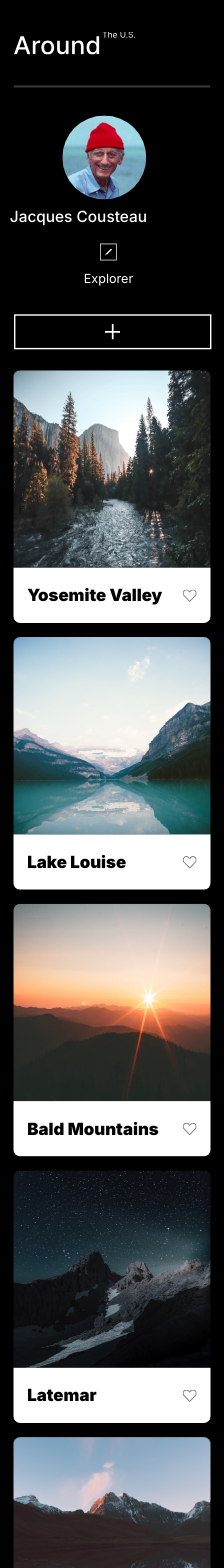
Repository: luisbaezx/se_project_aroundtheus
Page: index.html
The author's editor kept a copy of each file at every save. The page is drawn from the files as they stood at one save, then again after the next save.
The browser window is 320 px wide. The pictures show the part of the page from y = 0 to 2240 px (the page is 2916 px tall), at 70% of full size.

Above is the page before, as saved 2024-05-28 21:28:50.

### index.html
<!DOCTYPE html>
<html lang="en">
  <head>
    <meta charset="UTF-8" />
    <meta name="viewport" content="width=device-width, user-scalable=no,
    initial-scale=1/>
    <meta content="ie=edge" http-equiv="X-UA-Compatible" />
    <title>Around The U.S</title>
    <link href="./pages/index.css" rel="stylesheet" />
  </head>
  <body class="page">
    <div class="page__content">
      <header class="header page__section">
        <img
          src="./images/logo.svg"
          alt="Around the U.S. Logo"
          class="header__image"
        />
      </header>
      <main class="content">
        <section class="profile page__section">
          <img
            src="./images/jacques-cousteau.jpg"
            alt="Avatar"
            class="profile__image"
          />
          <div class="profile__info">
            <h1 class="profile__title">Jacques Cousteau</h1>
            <button class="profile__edit-button"></button>
            <p class="profile__description">Explorer</p>
          </div>
          <button class="profile__add-button"></button>
        </section>
        <section class="cards page__section">
          <ul class="card__list">
            <li class="card">
              <img src="./images/yosemite.jpg" class="card__image" />
              <div class="card__description">
                <h2 class="card__title">Yosemite Valley</h2>
                <button class="card__like-button"></button>
              </div>
            </li>
            <li class="card">
              <img src="./images/lake-louise.jpg" class="card__image" />
              <div class="card__description">
                <h2 class="card__title">Lake Louise</h2>
                <button class="card__like-button"></button>
              </div>
            </li>
            <li class="card">
              <img src="./images/bald-mountains.jpg" class="card__image" />
              <div class="card__description">
                <h2 class="card__title">Bald Mountains</h2>
                <button class="card__like-button"></button>
              </div>
            </li>
            <li class="card">
              <img src="./images/latemar.jpg" class="card__image" />
              <div class="card__description">
                <h2 class="card__title">Latemar</h2>
                <button class="card__like-button"></button>
              </div>
            </li>
            <li class="card">
              <img src="./images/vanoise.jpg" class="card__image" />
              <div class="card__description">
                <h2 class="card__title">Vanoise National Park</h2>
                <button class="card__like-button"></button>
              </div>
            </li>
            <li class="card">
              <img src="./images/lago.jpg" class="card__image" />
              <div class="card__description">
                <h2 class="card__title">Lago di Braies</h2>
                <button class="card__like-button"></button>
              </div>
            </li>
          </ul>
        </section>
      </main>
      <footer class="footer">
        <p class="footer__copyright">&copy; 2024 Around The U.S.</p>
      </footer>
    </div>
  </body>
</html>

### pages/index.css
@import url("../vendor/normalize.css");
@import url("../vendor/fonts.css");
@import url("../blocks/page.css");

### blocks/page.css
.page {
  font-family: Inter, Arial, Helvetica, sans-serif;
  background-color: black;
  color: white;
}

.page__section {
  max-width: 880px;
  width: 100%;
  position: relative;
  margin: 0 auto;
}

.page__content {
  display: flex;
  flex-direction: column;
  min-height: 100vh;
  padding: 0 20px;
}

.header {
  margin-top: 45px;
  border-bottom: solid rgba(84, 84, 84, 0.7);
  padding-bottom: 41px;
}

.header__image {
  width: 173px;
  height: 33px;
  transition: opacity 0.3s ease;
}

.header__image:hover {
  color: #000000;
}

.profile {
  display: flex;
  align-items: center;
  padding-top: 40px;
  min-width: 282px;
}

.profile__info {
  display: grid;
  grid-template-areas:
    "title button"
    "description description";
  grid-template-columns: minmax(auto, 375px) auto;
  margin-right: 12px;
  align-items: center;
  gap: 15px;
}

.profile__edit-button {
  background: transparent url(../images/edit-icon.svg) center no-repeat;
  height: 24px;
  width: 24px;
  grid-area: button;
  border: 1px white solid;
}

.profile__edit-button:hover {
  opacity: 0.6;
}

.profile__add-button {
  background: transparent url(../images/add-icon.svg) center no-repeat;
  width: 150px;
  height: 50px;
  margin-left: auto;
  border: 2px white solid;
  transition: opacity 0.3s ease;
}

.profile__add-button:hover {
  opacity: 0.6;
}
.profile__title {
  font-size: 42px;
  line-height: 48px;
  font-weight: 500;
  grid-area: title;
  margin: 0;
  text-overflow: ellipsis;
  white-space: nowrap;
  min-width: 282px;
}

.profile__description {
  font-size: 18px;
  line-height: 22px;
  font-weight: 400;
  grid-area: description;
  margin: 0;
  text-overflow: ellipsis;
  white-space: nowrap;
  overflow: hidden;
  max-width: 370px;
}

.profile__image {
  height: 120px;
  width: 120px;
  border-radius: 50%;
  object-fit: cover;
  background-position: center;
  margin-right: 24px;
}

.cards {
  margin-top: 30px;
  border-radius: 10px;
}

.card__list {
  display: grid;
  justify-content: center;
  grid-template-columns: repeat(auto-fit, 282px);
  grid-gap: 20px 17px;
  padding: 0;
  margin: 0;
}

.card {
  display: flex;
  flex-direction: column;
  list-style: none;
  border-radius: 10px;
  overflow: hidden;
}

.card__image {
  width: 282px;
  height: 282px;
}

.card__title {
  max-width: 220px;
  font-size: 24px;
  font-weight: 900;
  line-height: 29px;
  text-overflow: ellipsis;
  white-space: nowrap;
  overflow: hidden;
  margin: 0;
}

.card__description {
  display: flex;
  background-color: white;
  color: black;
  padding-top: 25px;
  padding-bottom: 25px;
  padding-left: 20px;
  padding-right: 20px;
  align-items: center;
  justify-content: space-between;
}

.card__like-button {
  background: transparent url(../images/like-inactive.svg) center no-repeat;
  width: 21px;
  height: 18px;
  border: none;
  transition: opacity 0.3s ease;
}

.card__like-button:hover {
  opacity: 0.5;
}

.footer {
  max-width: 880px;
  width: 100%;
  position: relative;
  margin: 0 auto;
}

.footer__copyright {
  color: #545454;
  padding-top: 35px;
  padding-bottom: 35px;
}

@media screen and (max-width: 770px) {
  .profile {
    flex-direction: column;
  }

  .profile__info {
    display: flex;
    flex-wrap: wrap;
    justify-content: center;
    width: 100%;
  }

  .profile__description {
    width: 100%;
    text-align: center;
    margin-bottom: 0px;
  }

  .profile__add-button {
    margin: 0;
    width: 80%;
  }
}

@media screen and (max-width: 620px) {
  .profile {
    flex-direction: column;
  }

  .profile__info {
    display: flex;
    flex-wrap: wrap;
    justify-content: center;
    width: 100%;
  }

  .profile__description {
    width: 100%;
    text-align: center;
    margin-bottom: 40px;
  }

  .profile__add-button {
    margin: 0;
    width: 65%;
  }
}

@media screen and (max-width: 500px) {
  .profile {
    flex-direction: column;
  }

  .profile__info {
    display: flex;
    flex-wrap: wrap;
    justify-content: center;
    width: 100%;
  }

  .profile__description {
    width: 100%;
    text-align: center;
    margin-bottom: 40px;
  }

  .profile__add-button {
    margin: 0;
    width: 75%;
  }
}
@media screen and (max-width: 320px) {
  .profile {
    display: flex;
    justify-content: space-around;
  }
  .profile__title {
    font-size: 22px;
    display: inline;
  }
  .profile__add-button {
    margin: 0;
    width: 100%;
  }
}

Loaded but not shown: vendor/normalize.css (library); vendor/fonts.css (common file)

After the next save:
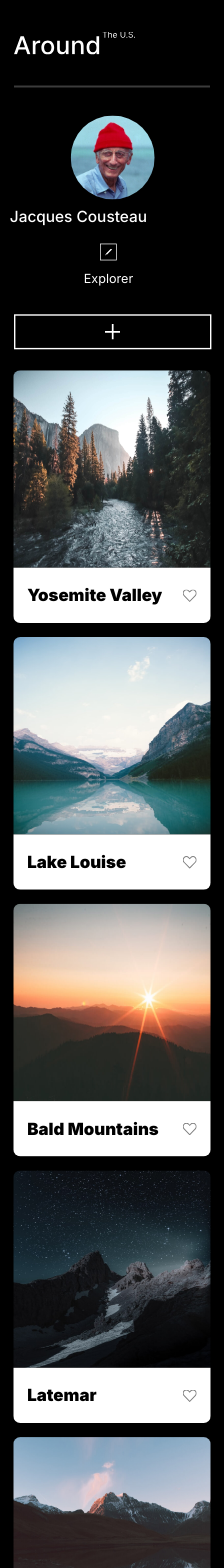
Saved 2 min 42 s later.
--- a/blocks/page.css
+++ b/blocks/page.css
@@ -267,4 +267,8 @@
     margin: 0;
     width: 100%;
   }
-}
+
+  .profile__image {
+    margin: 0;
+  }
+}
